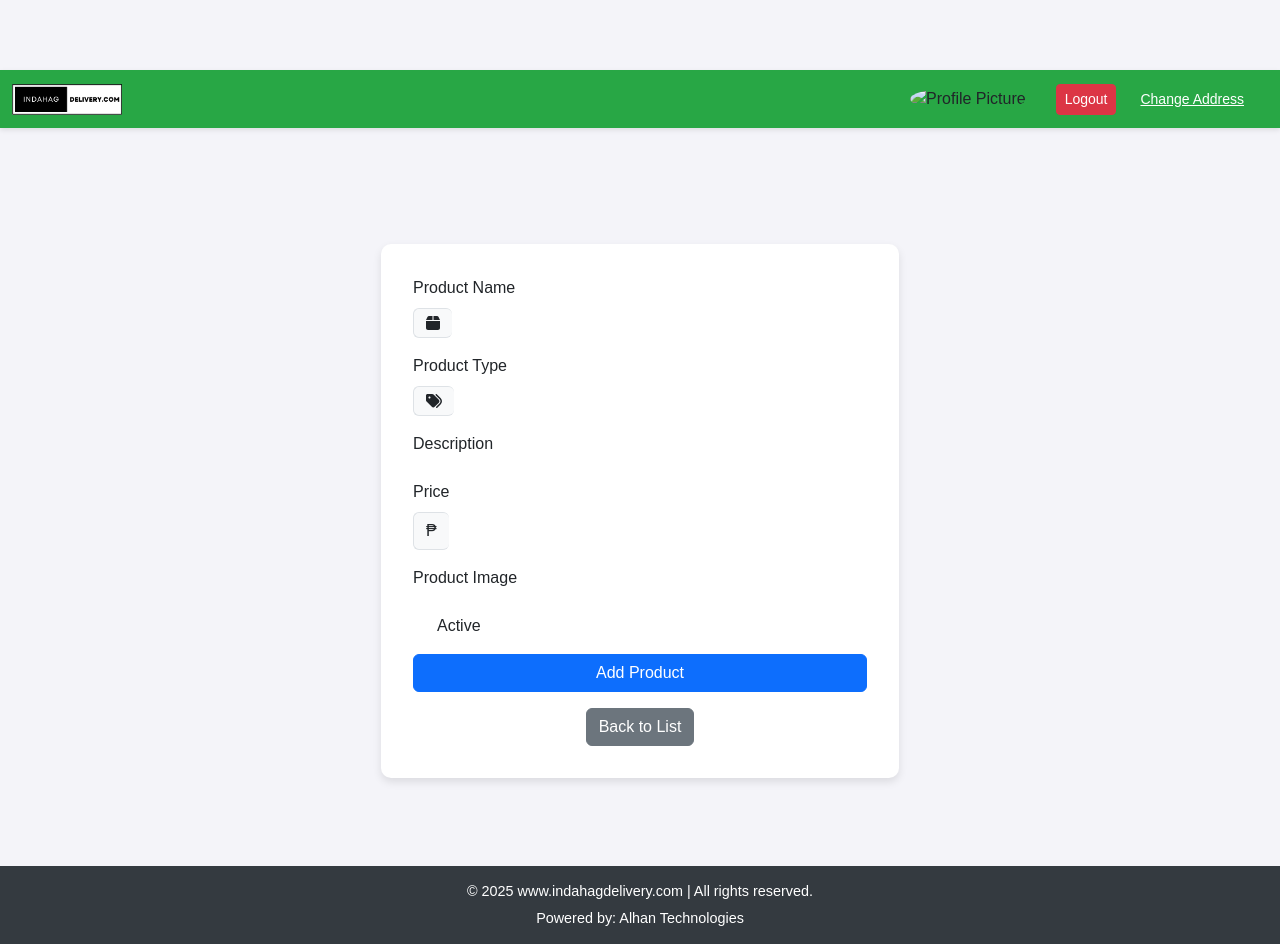
Repository: Jijiluzana225/indahagdelivery.com
Page: store/templates/store/product_form.html
The author's editor kept a copy of each file at every save. The page is drawn from the files as they stood at one save, then again after the next save.
The browser window is 1280 px wide. The pictures show the whole page.
The template is drawn by Django 5.2. The application's start-up code is not run. Other server files are loaded and not shown. The template is opened directly, without the code that normally fills it, so the values that code supplies are empty.

Above is the page before, as saved 2025-01-22 12:01:14.

### store/templates/store/product_form.html
{% extends 'store/base.html' %}

{% block content %}

<!DOCTYPE html>
<html lang="en">
<head>
    <meta charset="UTF-8">
    <meta name="viewport" content="width=device-width, initial-scale=1.0">
    <title>{{ title }}</title>
    <link href="https://cdn.jsdelivr.net/npm/bootstrap@5.3.0-alpha3/dist/css/bootstrap.min.css" rel="stylesheet">
    <link rel="stylesheet" href="https://cdnjs.cloudflare.com/ajax/libs/font-awesome/6.0.0-beta3/css/all.min.css">
    <style>
        /* General styling */
        body {
            font-family: Arial, sans-serif;
            background-color: #f4f4f9;
        }

        /* Card styling */
        .form-container {
            background-color: #ffffff;
            border-radius: 10px;
            box-shadow: 0 4px 8px rgba(0, 0, 0, 0.1);
            padding: 2rem;
        }

        /* Button hover effect */
        .btn-primary:hover {
            background-color: #0056b3;
            border-color: #004da0;
        }

        /* Input field styling */
        .form-control:focus {
            box-shadow: 0 0 5px rgba(0, 123, 255, 0.5);
            border-color: #80bdff;
        }

        /* Icon inside input */
        .input-group-text {
            background-color: #f8f9fa;
            border-right: none;
        }

        .form-control {
            border-left: none;
        }

        /* Responsive Styling */
        .container {
            padding: 20px;
        }

        /* Adjusting margins and paddings for mobile responsiveness */
        .row {
            margin-top: 20px;
        }

        /* Adjust form container width for different screen sizes */
        .col-12.col-sm-10.col-md-8.col-lg-6 {
            max-width: 100%;
        }

        /* Input spacing */
        .mb-3 {
            margin-bottom: 1.5rem;
        }

        .text-center {
            text-align: center;
        }
    </style>
</head>
<body>

    <div class="container py-5">
        <h1 class="text-center mb-4">{{ title }}</h1>
        <div class="row justify-content-center">
            <div class="col-12 col-sm-10 col-md-8 col-lg-6">
                <div class="form-container">
                    <form method="POST" enctype="multipart/form-data">
                        {% csrf_token %}

                        <!-- Name Field -->
                        <div class="mb-3">
                            <label for="id_name" class="form-label">Product Name</label>
                            <div class="input-group">
                                <span class="input-group-text"><i class="fas fa-box"></i></span>
                                {{ form.name }}
                            </div>
                        </div>

                        <!-- Type Field -->
                        <div class="mb-3">
                            <label for="id_type" class="form-label">Product Type</label>
                            <div class="input-group">
                                <span class="input-group-text"><i class="fas fa-tags"></i></span>
                                {{ form.type }}
                            </div>
                        </div>

                        <!-- Description Field -->
                        <div class="mb-3">
                            <label for="id_description" class="form-label">Description</label>
                            {{ form.description }}
                        </div>

                        <!-- Price Field -->
                        <div class="mb-3">
                            <label for="id_price" class="form-label">Price</label>
                            <div class="input-group">
                                <span class="input-group-text">₱</span>
                                {{ form.price }}
                            </div>
                        </div>

                        <!-- Picture Field -->
                        <div class="mb-3">
                            <label for="id_picture" class="form-label">Product Image</label>
                            {{ form.picture }}
                        </div>

                        <!-- Active Field -->
                        <div class="mb-3 form-check">
                            {{ form.active }}
                            <label for="id_active" class="form-check-label">Active</label>
                        </div>

                        <!-- Submit Button -->
                        <button type="submit" class="btn btn-primary w-100">
                            {% if product %} Update Product {% else %} Add Product {% endif %}
                        </button>
                    </form>
                    <div class="text-center mt-3">
                        <a href="{% url 'product_list' %}" class="btn btn-secondary">Back to List</a>
                    </div>
                </div>
            </div>
        </div>
    </div>

    <script src="https://cdn.jsdelivr.net/npm/bootstrap@5.3.0-alpha3/dist/js/bootstrap.bundle.min.js"></script>
    <script src="https://cdnjs.cloudflare.com/ajax/libs/font-awesome/6.0.0-beta3/js/all.min.js"></script>
</body>
</html>

{% endblock %}

### store/templates/store/base.html
{% load static %}
<!DOCTYPE html>
<html lang="en">
<head>
    <meta charset="UTF-8">
    <meta name="viewport" content="width=device-width, initial-scale=1.0">
    <title>indahagdelivery.com</title>
    <link href="https://cdn.jsdelivr.net/npm/bootstrap@5.3.0-alpha3/dist/css/bootstrap.min.css" rel="stylesheet">
    <style>
        /* Navbar Styling */
        .navbar {
            position: fixed;
            top: 0;
            left: 0;
            right: 0;
            width: 100%;
            background-color: #28a745; /* E-commerce theme */
            padding: 10px 15px;
            z-index: 1000;
            box-shadow: 0 2px 5px rgba(0, 0, 0, 0.1);
        }

        .navbar .navbar-brand img {
            max-width: 110px;
        }

        .navbar-nav {
            display: flex;
            align-items: center;
        }

        .navbar-nav .nav-item {
            margin-right: 15px;
        }

        .open-close-btn {
            padding: 6px 14px;
            font-size: 0.9rem;
            background-color: #007bff;
            color: #fff;
            border: none;
            border-radius: 20px;
            transition: background-color 0.3s ease;
        }

        .open-close-btn:hover {
            background-color: #0056b3;
        }

        .profile-picture {
            width: 35px;
            height: 35px;
            border-radius: 50%;
            object-fit: cover;
        }

        /* Responsive Navbar Adjustments */
        @media (max-width: 768px) {
            .navbar-brand img {
                max-width: 80px;
            }

            .navbar-nav .nav-item {
                margin-right:10px;
            }

            .open-close-btn {
                margin-top: 10px;
            }
        }

        /* Footer Styling */
        footer {
            background-color: #343a40;
            color: #fff;
            padding: 15px;
            text-align: center;
            margin-top: 20px;
        }

        footer .footer-text p {
            margin: 0;
            font-size: 0.9rem;
        }

        footer .footer-text p:not(:last-child) {
            margin-bottom: 5px;
        }
    </style>
</head>
<body style="margin-top: 70px;">
    <!-- Navbar -->
    <nav class="navbar navbar-expand-lg navbar-dark">
        <div class="container-fluid">
            <a href="{% url 'store_list' %}" class="navbar-brand">
                <img src="{% static 'admin/img/Indahag.png' %}" alt="Logo">
            </a>

            <!-- Open/Close Button -->
            {% if request.user.is_authenticated and 'Store' in request.user.groups.all|join:" " %}
                <a href="{% url 'update_store_open' %}" class="open-close-btn">Open/Close</a>
            {% endif %}

            <button class="navbar-toggler" type="button" data-bs-toggle="collapse" data-bs-target="#navbarNav" aria-controls="navbarNav" aria-expanded="false" aria-label="Toggle navigation">
                <span class="navbar-toggler-icon"></span>
            </button>
            <div class="collapse navbar-collapse" id="navbarNav">
                <ul class="navbar-nav ms-auto">
                    <li class="nav-item">
                        <img src="{{ user.customer.profile_picture.url }}" alt="Profile Picture" class="profile-picture">
                    </li>
                    <li class="nav-item">
                        <h5 class="mb-0 text-white">{{ user.customer.name }}</h5>
                    </li>
                    <li class="nav-item">
                        <form action="{% url 'logout' %}" method="POST" class="d-inline">
                            {% csrf_token %}
                            <button type="submit" class="btn btn-danger btn-sm">Logout</button>
                        </form>
                    </li>
                    <li class="nav-item">
                        <a href="{% url 'update_profile' %}" class="btn btn-link btn-sm text-white">Change Address</a>
                    </li>
                </ul>
            </div>
        </div>
    </nav>

    <!-- Content Block -->
    <div class="container mt-4">
        {% block content %}
        {% endblock %}
    </div>

    <!-- Footer -->
    <footer>
        <div class="footer-text">
            <p>&copy; 2025 www.indahagdelivery.com | All rights reserved.</p>
            <p>Powered by: Alhan Technologies</p>
        </div>
    </footer>

    <!-- Scripts -->
    <script src="https://cdn.jsdelivr.net/npm/bootstrap@5.3.0-alpha3/dist/js/bootstrap.bundle.min.js"></script>
</body>
</html>

After the next save:
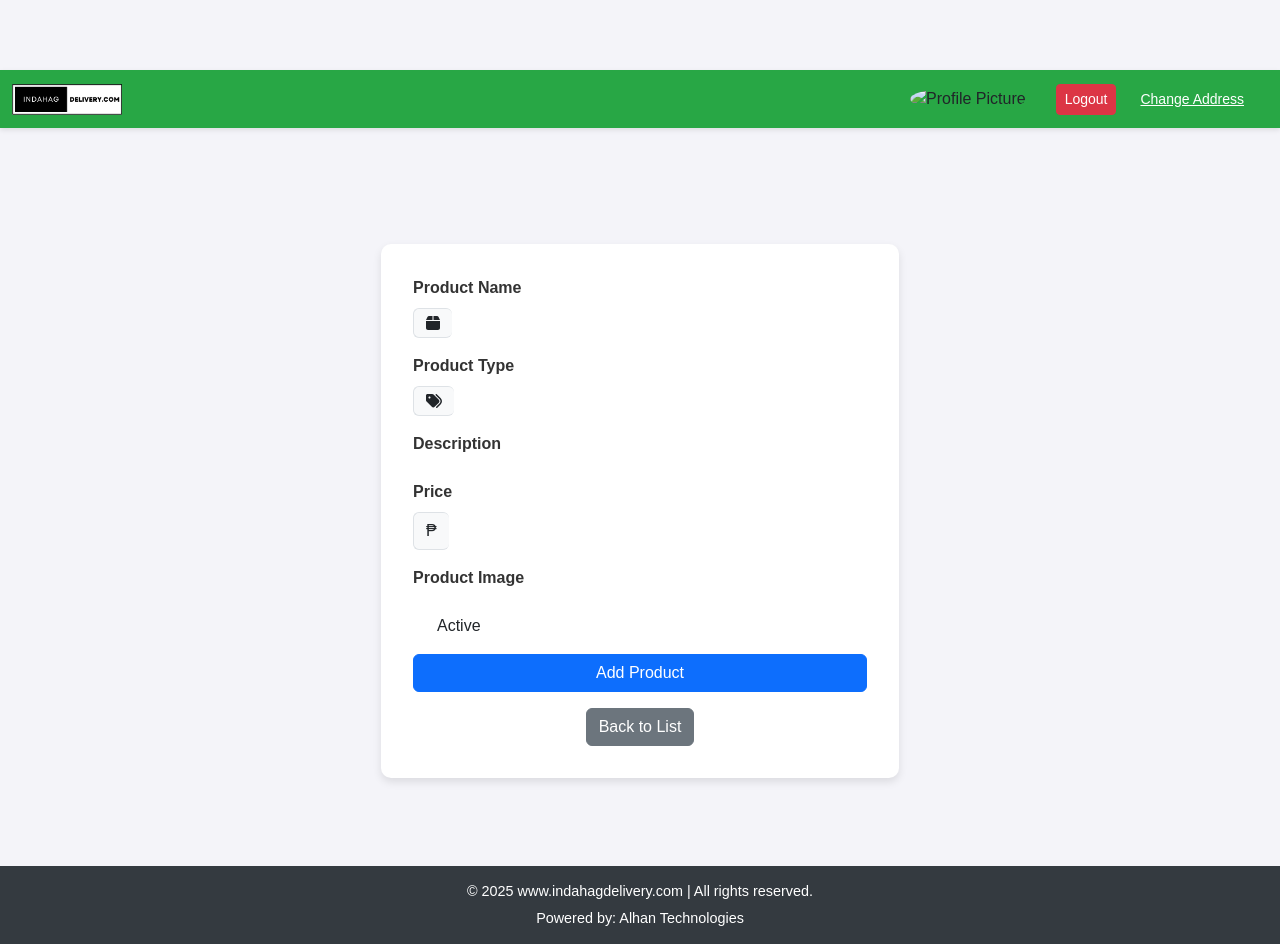
Saved 114 s later.
--- a/store/templates/store/product_form.html
+++ b/store/templates/store/product_form.html
@@ -47,14 +47,38 @@
             border-left: none;
         }
 
-        /* Responsive Styling */
-        .container {
-            padding: 20px;
+        /* Adjust form layout */
+        .form-control, .input-group {
+            width: 100%;
+        }
+
+        .form-label {
+            font-weight: 600;
+            color: #333;
+        }
+
+        /* Make sure all elements fit and align inside the card */
+        .form-container input, .form-container textarea, .form-container button {
+            width: 100%;
+        }
+
+        .form-check-label {
+            font-weight: 500;
         }
 
         /* Adjusting margins and paddings for mobile responsiveness */
         .row {
             margin-top: 20px;
+        }
+
+        /* Form field spacing */
+        .mb-3 {
+            margin-bottom: 1.5rem;
+        }
+
+        /* Responsive styling */
+        .container {
+            padding: 20px;
         }
 
         /* Adjust form container width for different screen sizes */
@@ -63,10 +87,6 @@
         }
 
         /* Input spacing */
-        .mb-3 {
-            margin-bottom: 1.5rem;
-        }
-
         .text-center {
             text-align: center;
         }
